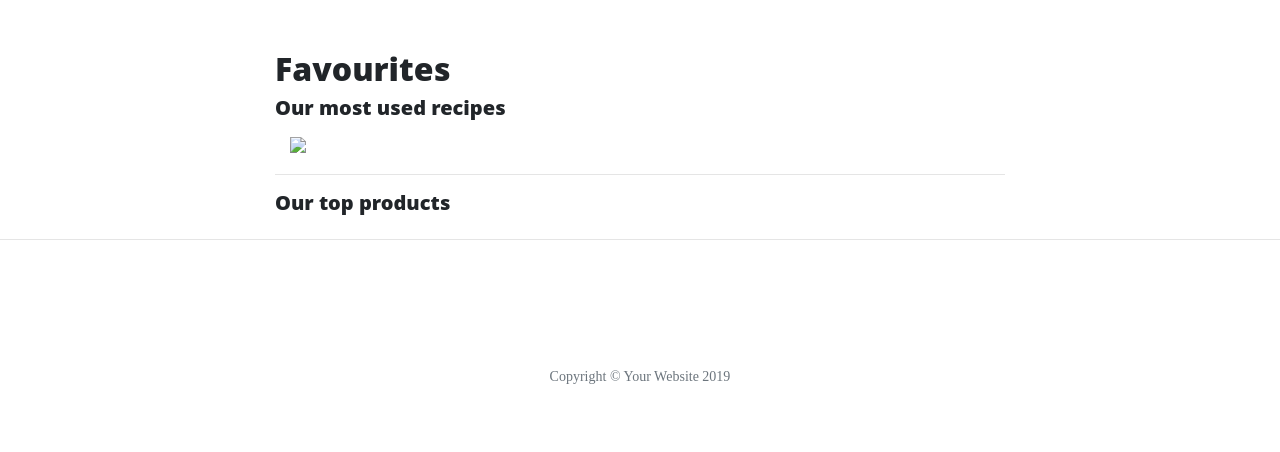
Repository: saffiya/cookbook
Page: http://localhost/
The author's editor kept a record of every edit. The page is drawn from the files as they stood at one moment, then again after the next edit.
The browser window is 1280 px wide. The pictures show the part of the page from y = 612 to 1064 px (the page is 1064 px tall before and 994 px after).
The page is served by the project's application, run on Flask 3 (app.py).

Above is the page before.

After the next edit:
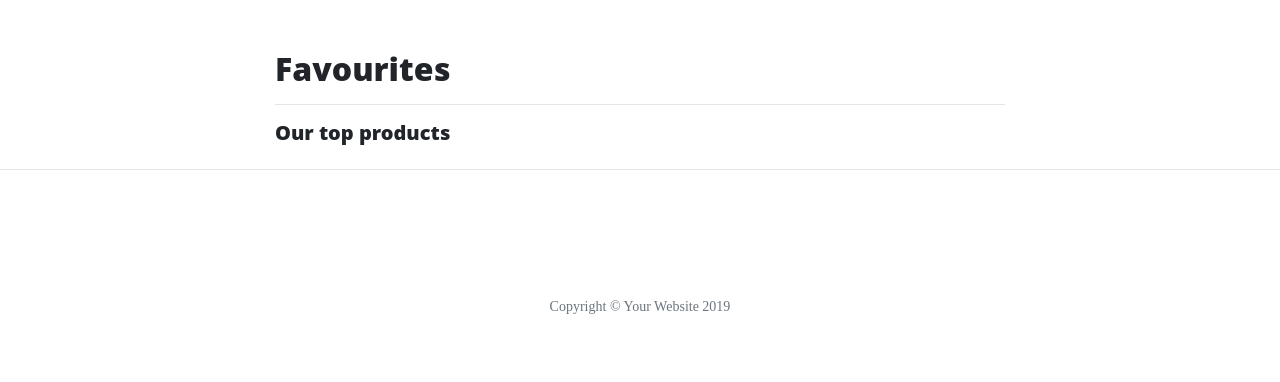
The edit:
--- a/templates/index.html
+++ b/templates/index.html
@@ -5,12 +5,6 @@
             <h2 class="post-title">
                 Favourites
             </h2>
-            <h5 class="post-subtitle">
-                Our most used recipes
-            </h5>
-            <div class="col-md-4">
-                <img class="featurette-image img-responsive" src="#">
-            </div>
             <hr>
             <h5 class="post-subtitle">
                 Our top products
